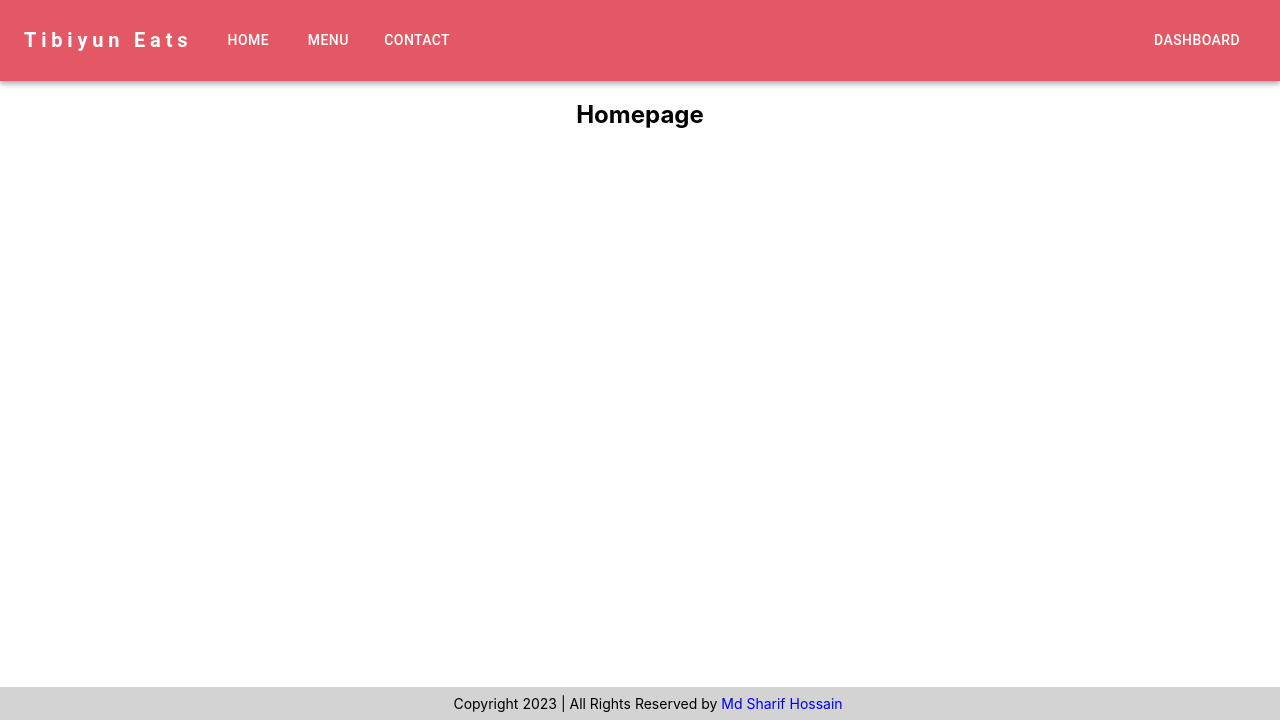
Repository: Sharif-00112/tibiyun-test-frontend
Page: /
These files come from the project's save history. The page is drawn as it stood at one moment and after the next save; the edit follows.
The browser window is 1280 px wide. The pictures show the whole page.
The project was rebuilt for these pictures with package versions that can differ from the ones it lists, and the page was loaded fresh each time. Also part of the build but not shown: src/Pages/NotFound/NotFound.js, src/Pages/Login/Login/Login.js, src/Pages/Login/Register/Register.js, src/Pages/Dashboard/Dashboard/Dashboard.js, src/Pages/Login/PrivateRoute/PrivateRoute.js. Imported but missing from the stored project, and not drawn on this page: src/hooks/useTitle.

Above is the page before, as saved 2023-08-22 10:34:12.

### src/App.js
// import logo from './logo.svg';
import './App.css';
import { BrowserRouter as Router, Route, Routes} from 'react-router-dom';
import Home from './Pages/Home/Home/Home';
import NotFound from './Pages/NotFound/NotFound';
import Login from './Pages/Login/Login/Login';
import Register from './Pages/Login/Register/Register';
import AuthProvider from './contexts/AuthProvider/AuthProvider';
import Dashboard from './Pages/Dashboard/Dashboard/Dashboard';
import PrivateRoute from './Pages/Login/PrivateRoute/PrivateRoute';
import Navbar from './Pages/Shared/Header/Navbar/Navbar';
import Footer from './Pages/Shared/Footer/Footer';


function App() {
  return (
    <div className="App">
      <AuthProvider>
        <Router>
          <Navbar></Navbar>
          <Routes>
            <Route exact path = '/' element={<Home/>}/>
            <Route exact path = '/home' element={<Home/>}/>
            <Route exact path='/login' element={<Login/>} />
            <Route exact path='/register' element={<Register/>} />

            <Route exact path='/dashboard' element={
              <PrivateRoute>
                <Dashboard></Dashboard>
              </PrivateRoute>
            } />

            <Route path = '*' element={<NotFound/>}/>
          </Routes>
          <Footer></Footer>
        </Router>
      </AuthProvider>
    </div>
  );
}

export default App;

### src/Pages/Home/Home/Home.js
import React from 'react';

const Home = () => {
    return (
        <div>
            <h2>Homepage</h2>
        </div>
    );
};

export default Home;

### src/contexts/AuthProvider/AuthProvider.js
import React from 'react';
import { createContext } from 'react';
import useFirebase from '../../hooks/useFirebase';

//step-1-context
export const AuthContext = createContext();

const AuthProvider = (props) => {
    //step-3-context
    const {children} = props;

    //step-5-context
    const allContexts = useFirebase();

    return (
        //step-2-context
        <AuthContext.Provider value={allContexts}>
            {children}
        </AuthContext.Provider>
    );
};

export default AuthProvider;

### src/Pages/Shared/Header/Navbar/Navbar.js
import * as React from 'react';
import AppBar from '@mui/material/AppBar';
import Box from '@mui/material/Box';
import Toolbar from '@mui/material/Toolbar';
import IconButton from '@mui/material/IconButton';
import Typography from '@mui/material/Typography';
import Menu from '@mui/material/Menu';
import MenuIcon from '@mui/icons-material/Menu';
import Container from '@mui/material/Container';
// import Avatar from '@mui/material/Avatar';
import Button from '@mui/material/Button';
import Tooltip from '@mui/material/Tooltip';
import MenuItem from '@mui/material/MenuItem';
// import AdbIcon from '@mui/icons-material/Adb';
import { Link } from 'react-router-dom';
// import useAuth from '../../../hooks/useAuth';
import { NavLink } from 'react-router-dom';
import { HashLink } from 'react-router-hash-link';
// import useAuth from '../../../../hooks/useAuth';

const pages = [
  <HashLink
      style={{ textDecoration:'none', color: 'inherit' }}
      to = '/#home'>
      <Button sx={{mx:0}} color="inherit">Home</Button>
  </HashLink>,
  <HashLink
      style={{ textDecoration:'none', color: 'inherit' }}
      to = '/home#menu'>
      <Button sx={{mx:0}} color="inherit">Menu</Button>
  </HashLink>,
  <HashLink
      style={{ textDecoration:'none', color: 'inherit' }}
      to = '/home#contact'>
      <Button sx={{mx:0}} color="inherit">Contact</Button>
  </HashLink>
  ];

const settings = [
  <Link
      style={{ textDecoration:'none', color: 'inherit' }}
      to = '/profile'>
      <Button sx={{mx:0}} color="inherit">Profile</Button>
  </Link>
 ];


const Navbar = () => {
    // const { user, logout } = useAuth();

    const [anchorElNav, setAnchorElNav] = React.useState(null);
    const [anchorElUser, setAnchorElUser] = React.useState(null);

    const handleOpenNavMenu = (event) => {
      setAnchorElNav(event.currentTarget);
    };
    const handleOpenUserMenu = (event) => {
      setAnchorElUser(event.currentTarget);
    };

    const handleCloseNavMenu = () => {
      setAnchorElNav(null);
    };

    const handleCloseUserMenu = () => {
      setAnchorElUser(null);
    };

    return (
      <AppBar position="static" sx={{ backgroundColor: '#E45865' }}>
        <Container maxWidth="xl">
          <Toolbar disableGutters>
            {/* <AdbIcon sx={{ display: { xs: 'none', md: 'flex' }, mr: 1 }} /> */}
            <Typography
              variant="h6"
              noWrap
              component="a"
              href="/"
              sx={{
                mr: 2,
                display: { xs: 'none', md: 'flex' },
                // fontFamily: 'monospace',
                fontWeight: 700,
                letterSpacing: '.3rem',
                color: 'inherit',
                textDecoration: 'none',
              }}
            >
              Tibiyun Eats
            </Typography>

            <Box sx={{ flexGrow: 1, display: { xs: 'flex', md: 'none' } }}>
              <IconButton
                size="large"
                aria-label="account of current user"
                aria-controls="menu-appbar"
                aria-haspopup="true"
                onClick={handleOpenNavMenu}
                color="inherit"
              >
                <MenuIcon />
              </IconButton>
              <Menu
                id="menu-appbar"
                anchorEl={anchorElNav}
                anchorOrigin={{
                  vertical: 'bottom',
                  horizontal: 'left',
                }}
                keepMounted
                transformOrigin={{
                  vertical: 'top',
                  horizontal: 'left',
                }}
                open={Boolean(anchorElNav)}
                onClose={handleCloseNavMenu}
                sx={{
                  display: { xs: 'block', md: 'none' },
                }}
              >
                {pages.map((page) => (
                  <MenuItem key={page} onClick={handleCloseNavMenu}>
                    <Typography textAlign="center">{page}</Typography>
                  </MenuItem>
                ))}
              </Menu>
            </Box>
            {/* <AdbIcon sx={{ display: { xs: 'flex', md: 'none' }, mr: 1 }} /> */}
            <Typography
              variant="h5"
              noWrap
              component="a"
              href=""
              sx={{
                mr: 2,
                display: { xs: 'flex', md: 'none' },
                flexGrow: 1,
                // fontFamily: 'monospace',
                fontWeight: 700,
                letterSpacing: '.3rem',
                color: 'inherit',
                textDecoration: 'none',
              }}
            >
              Tibiyun Eats
            </Typography>
            <Box sx={{ flexGrow: 1, display: { xs: 'none', md: 'flex' } }}>
              {pages.map((page) => (
                <Button
                  key={page}
                  onClick={handleCloseNavMenu}
                  sx={{ my: 2, color: 'white', display: 'block' }}
                >
                  {page}
                </Button>
              ))}
            </Box>

            {/* login-logout toggle */}
            {
            //   user?.email ?
              <NavLink
                  style={{ textDecoration:'none', color:'white' }}
                  to = '/login'>
                  {/* <Button sx={{ mx: 0 }} onClick={logout} color="inherit">Logout</Button> */}
                  <NavLink
                    style={{ textDecoration:'none', color:'white' }}
                    to = '/dashboard'>
                    <Button sx={{ mx:1 }} color="inherit">Dashboard</Button>
                  </NavLink>
              </NavLink>
            //   :
            //   <NavLink
            //       style={{ textDecoration:'none', color:'white' }}
            //       to = '/login'>
            //       <Button sx={{ mx:2 }} color="inherit">Login</Button>
            //   </NavLink>
            }

            <Box sx={{ flexGrow: 0 }}>
              <Tooltip title="Open settings">
                <IconButton onClick={handleOpenUserMenu} sx={{ p: 0 }}>
                  {/* <Avatar alt={user.email} src={user.photoURL} /> */}
                </IconButton>
              </Tooltip>
              <Menu
                sx={{ mt: '45px' }}
                id="menu-appbar"
                anchorEl={anchorElUser}
                anchorOrigin={{
                  vertical: 'top',
                  horizontal: 'right',
                }}
                keepMounted
                transformOrigin={{
                  vertical: 'top',
                  horizontal: 'right',
                }}
                open={Boolean(anchorElUser)}
                onClose={handleCloseUserMenu}
              >
                {settings.map((setting) => (
                  <MenuItem key={setting} onClick={handleCloseUserMenu}>
                    <Typography textAlign="center">{setting}</Typography>
                  </MenuItem>
                ))}
              </Menu>
            </Box>
          </Toolbar>
        </Container>
      </AppBar>
    );
};

export default Navbar;

### src/Pages/Shared/Footer/Footer.js
import { Box, Typography } from '@mui/material';
import React from 'react';

const Footer = () => {
    return (
        <Box
            sx={{
                backgroundColor: 'lightgray',
                position: 'fixed',
                bottom: 0,
                left: 0,
                width: '100%',
                padding: '8px',
                marginTop: '15px'
            }}
        >
            <Typography sx={{ my: 0, mt: 0, fontSize: 14, fontWeight: 400 }} variant="" component="div">
                Copyright 2023 | All Rights Reserved by <a style={{textDecoration: 'none'}} href="http://www.sharif-hossain.com">Md Sharif Hossain</a>
            </Typography>
        </Box>
    );
};

export default Footer;

### src/Pages/Login/Firebase/firebase.initialize.js
// console.log(process.env);
import { initializeApp } from "firebase/app";
import firebaseConfig from "./firebase.config";

const initializeAuthentication = () =>{
    initializeApp(firebaseConfig);
}

export default initializeAuthentication;

### src/Pages/Login/Firebase/firebase.config.js
// console.log(process.env);

const firebaseConfig = {
    apiKey: process.env.REACT_APP_FIREBASE_API_KEY,
    authDomain: process.env.REACT_APP_FIREBASE_AUTH_DOMAIN,
    projectId: process.env.REACT_APP_FIREBASE_PROJECT_ID,
    storageBucket: process.env.REACT_APP_FIREBASE_STORAGE_BUCKET,
    messagingSenderId: process.env.REACT_APP_FIREBASE_MESSAGING_SENDER_ID,
    appId: process.env.REACT_APP_FIREBASE_APP_ID,
    measurementId: process.env.REACT_APP_FIREBASE_MEASUREMENT_ID
  };

  export default firebaseConfig;

### src/hooks/useAuth.js
//step-6-context

import { useContext } from "react"
import { AuthContext } from "../../src/contexts/AuthProvider/AuthProvider"

const useAuth = () =>{
    return useContext(AuthContext);
}

export default useAuth;

Loaded but not shown: src/index.js (common file); src/index.css (common file); src/reportWebVitals.js (common file); src/App.css (common file); src/hooks/useFirebase.js (299 lines, source omitted)

After the next save:
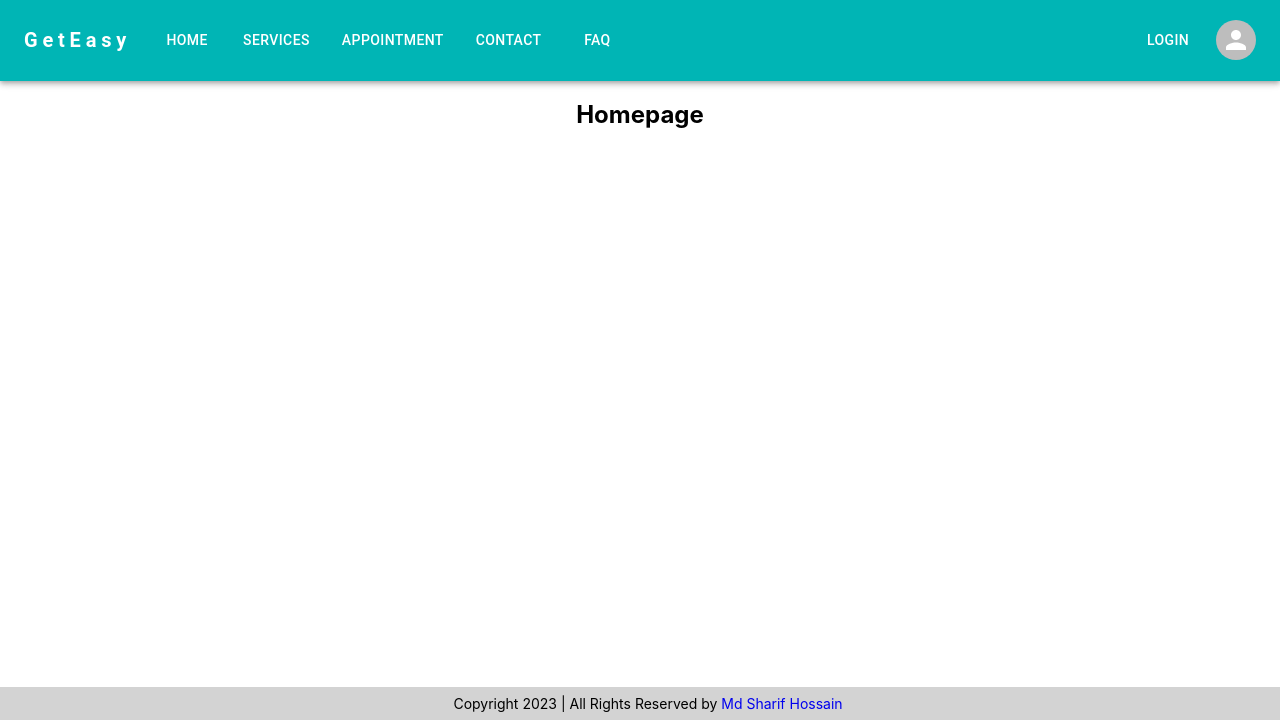
Saved 2 min 0 s later.
--- a/src/Pages/Shared/Header/Navbar/Navbar.js
+++ b/src/Pages/Shared/Header/Navbar/Navbar.js
@@ -7,7 +7,7 @@ import Typography from '@mui/material/Typography';
 import Menu from '@mui/material/Menu';
 import MenuIcon from '@mui/icons-material/Menu';
 import Container from '@mui/material/Container';
-// import Avatar from '@mui/material/Avatar';
+import Avatar from '@mui/material/Avatar';
 import Button from '@mui/material/Button';
 import Tooltip from '@mui/material/Tooltip';
 import MenuItem from '@mui/material/MenuItem';
@@ -16,7 +16,7 @@ import { Link } from 'react-router-dom';
 // import useAuth from '../../../hooks/useAuth';
 import { NavLink } from 'react-router-dom';
 import { HashLink } from 'react-router-hash-link';
-// import useAuth from '../../../../hooks/useAuth';
+import useAuth from '../../../../hooks/useAuth';
 
 const pages = [
   <HashLink
@@ -26,14 +26,29 @@ const pages = [
   </HashLink>,
   <HashLink
       style={{ textDecoration:'none', color: 'inherit' }}
-      to = '/home#menu'>
-      <Button sx={{mx:0}} color="inherit">Menu</Button>
+      to = '/home#services'>
+      <Button sx={{mx:0}} color="inherit">Services</Button>
+  </HashLink>,
+  <HashLink
+      style={{ textDecoration:'none', color: 'inherit' }}
+      to = '/home#appointment'>
+      <Button sx={{mx:0}} color="inherit">Appointment</Button>
   </HashLink>,
   <HashLink
       style={{ textDecoration:'none', color: 'inherit' }}
       to = '/home#contact'>
       <Button sx={{mx:0}} color="inherit">Contact</Button>
-  </HashLink>
+  </HashLink>,
+  <HashLink
+    style={{ textDecoration:'none', color: 'inherit' }}
+    to = '/home#FAQ'>
+    <Button sx={{mx:0}} color="inherit">FAQ</Button>
+  </HashLink>,
+  // <Link
+  //     style={{ textDecoration:'none', color: 'inherit' }}
+  //     to = '/about'>
+  //     <Button sx={{mx:0}} color="inherit">About</Button>
+  // </Link>
   ];
 
 const settings = [
@@ -41,12 +56,22 @@ const settings = [
       style={{ textDecoration:'none', color: 'inherit' }}
       to = '/profile'>
       <Button sx={{mx:0}} color="inherit">Profile</Button>
+  </Link>,
+  <Link
+      style={{ textDecoration:'none', color: 'inherit' }}
+      to = '/dashboard'>
+      <Button sx={{mx:0}} color="inherit">Dashboard</Button>
+  </Link>,
+  <Link
+      style={{ textDecoration:'none', color: 'inherit' }}
+      to = '/settings'>
+      <Button sx={{mx:0}} color="inherit">Settings</Button>
   </Link>
  ];
 
 
 const Navbar = () => {
-    // const { user, logout } = useAuth();
+    const { user, logout } = useAuth();
 
     const [anchorElNav, setAnchorElNav] = React.useState(null);
     const [anchorElUser, setAnchorElUser] = React.useState(null);
@@ -67,7 +92,7 @@ const Navbar = () => {
     };
 
     return (
-      <AppBar position="static" sx={{ backgroundColor: '#E45865' }}>
+      <AppBar position="static" sx={{ backgroundColor: '#00B5B5' }}>
         <Container maxWidth="xl">
           <Toolbar disableGutters>
             {/* <AdbIcon sx={{ display: { xs: 'none', md: 'flex' }, mr: 1 }} /> */}
@@ -86,7 +111,7 @@ const Navbar = () => {
                 textDecoration: 'none',
               }}
             >
-              Tibiyun Eats
+              GetEasy
             </Typography>
 
             <Box sx={{ flexGrow: 1, display: { xs: 'flex', md: 'none' } }}>
@@ -142,7 +167,7 @@ const Navbar = () => {
                 textDecoration: 'none',
               }}
             >
-              Tibiyun Eats
+              GetEasy
             </Typography>
             <Box sx={{ flexGrow: 1, display: { xs: 'none', md: 'flex' } }}>
               {pages.map((page) => (
@@ -158,29 +183,29 @@ const Navbar = () => {
 
             {/* login-logout toggle */}
             {
-            //   user?.email ?
+              user?.email ?
               <NavLink
                   style={{ textDecoration:'none', color:'white' }}
                   to = '/login'>
-                  {/* <Button sx={{ mx: 0 }} onClick={logout} color="inherit">Logout</Button> */}
+                  <Button sx={{ mx: 0 }} onClick={logout} color="inherit">Logout</Button>
                   <NavLink
                     style={{ textDecoration:'none', color:'white' }}
                     to = '/dashboard'>
                     <Button sx={{ mx:1 }} color="inherit">Dashboard</Button>
                   </NavLink>
               </NavLink>
-            //   :
-            //   <NavLink
-            //       style={{ textDecoration:'none', color:'white' }}
-            //       to = '/login'>
-            //       <Button sx={{ mx:2 }} color="inherit">Login</Button>
-            //   </NavLink>
+              :
+              <NavLink
+                  style={{ textDecoration:'none', color:'white' }}
+                  to = '/login'>
+                  <Button sx={{ mx:2 }} color="inherit">Login</Button>
+              </NavLink>
             }
 
             <Box sx={{ flexGrow: 0 }}>
               <Tooltip title="Open settings">
                 <IconButton onClick={handleOpenUserMenu} sx={{ p: 0 }}>
-                  {/* <Avatar alt={user.email} src={user.photoURL} /> */}
+                  <Avatar alt={user.email} src={user.photoURL} />
                 </IconButton>
               </Tooltip>
               <Menu
